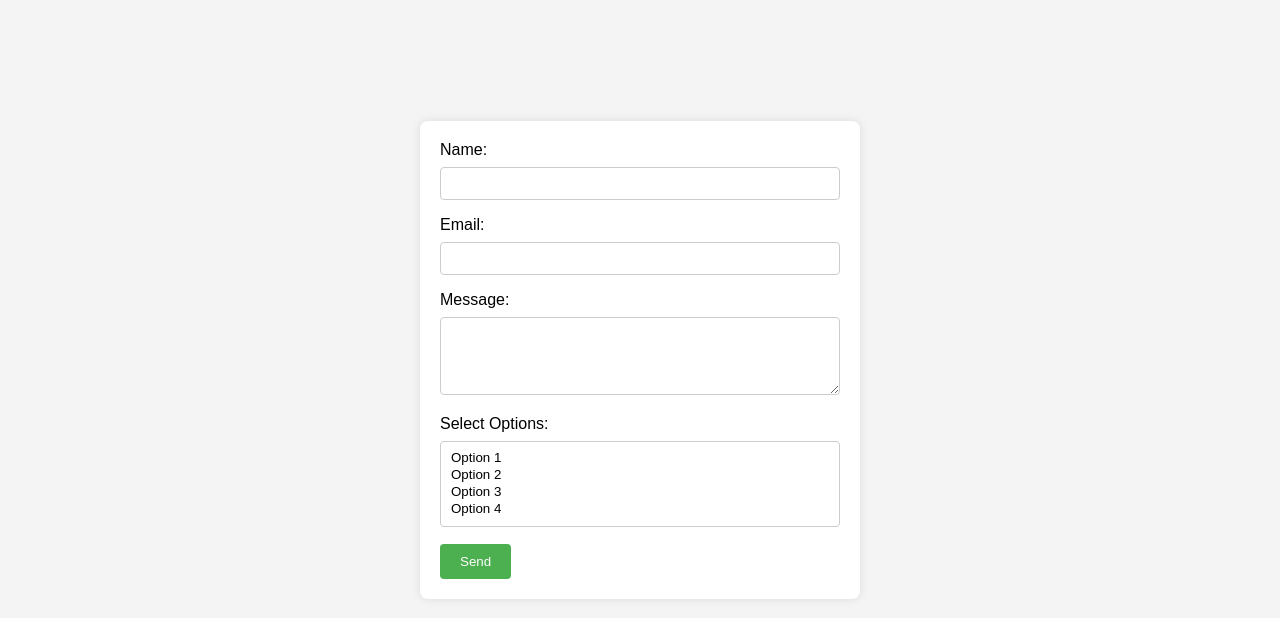
Repository: Ceasor7/Karin
Page: test.html
An editor plug-in stored every save of this project. The page is shown before and after the next save, followed by the edit.
The browser window is 1280 px wide. The pictures show the whole page.

Above is the page before, as saved 2023-12-16 01:06:24.

After the next save:
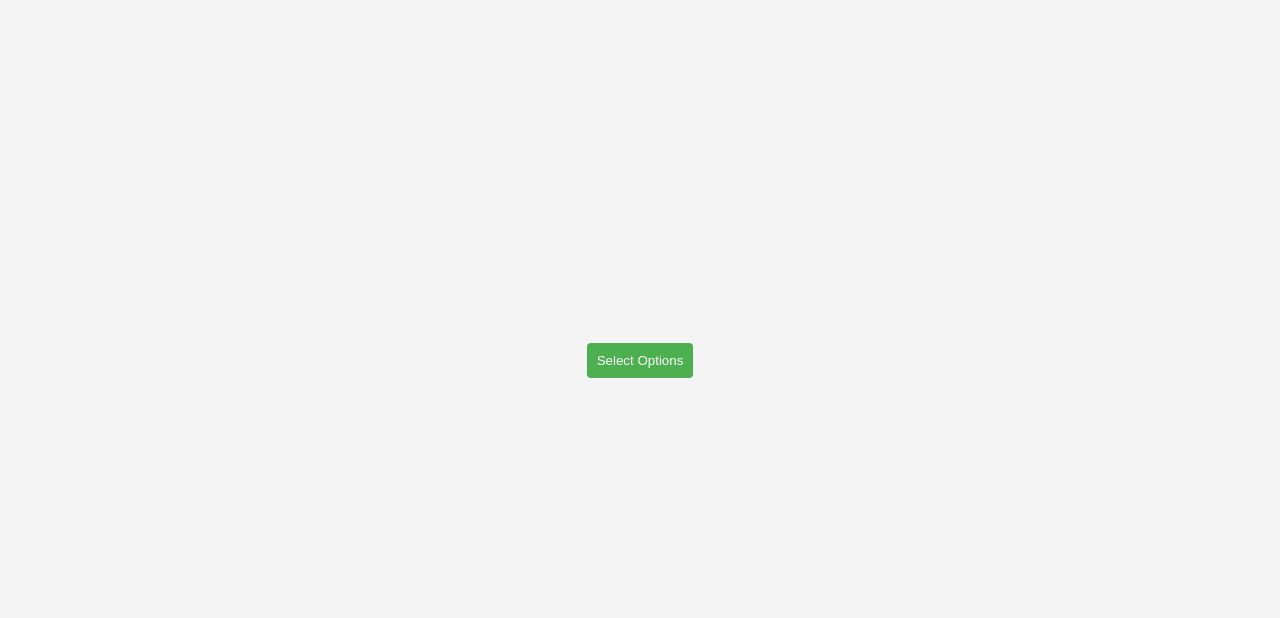
Saved 5 s later.
--- a/test.html
+++ b/test.html
@@ -4,7 +4,7 @@
 <head>
     <meta charset="UTF-8">
     <meta name="viewport" content="width=device-width, initial-scale=1.0">
-    <title>Contact Form</title>
+    <title>Multi-Select Dropdown</title>
     <style>
         body {
             font-family: Arial, sans-serif;
@@ -17,68 +17,86 @@
             height: 100vh;
         }
 
-        form {
-            background-color: #fff;
-            padding: 20px;
-            border-radius: 8px;
-            box-shadow: 0 0 10px rgba(0, 0, 0, 0.1);
-            width: 400px;
-            max-width: 100%;
+        .dropdown-container {
+            position: relative;
+            display: inline-block;
         }
 
-        label {
-            display: block;
-            margin-bottom: 8px;
-        }
-
-        input,
-        textarea,
-        select {
-            width: 100%;
-            padding: 8px;
-            margin-bottom: 16px;
-            box-sizing: border-box;
-            border: 1px solid #ccc;
-            border-radius: 4px;
-        }
-
-        button {
+        .dropdown-button {
+            padding: 10px;
             background-color: #4caf50;
             color: #fff;
-            padding: 10px 20px;
             border: none;
             border-radius: 4px;
             cursor: pointer;
         }
 
-        button:hover {
-            background-color: #45a049;
+        .dropdown-content {
+            display: none;
+            position: absolute;
+            background-color: #fff;
+            box-shadow: 0 2px 4px rgba(0, 0, 0, 0.1);
+            border-radius: 4px;
+            overflow: hidden;
+            z-index: 1;
+        }
+
+        .dropdown-checkbox {
+            display: block;
+            padding: 8px;
+        }
+
+        .dropdown-checkbox label {
+            display: block;
+            margin-bottom: 8px;
+        }
+
+        .dropdown-content.show {
+            display: block;
         }
     </style>
 </head>
 
 <body>
 
-    <form action="#" method="post">
-        <label for="name">Name:</label>
-        <input type="text" id="name" name="name" required>
+    <div class="dropdown-container">
+        <button class="dropdown-button" onclick="toggleDropdown()">Select Options</button>
+        <div class="dropdown-content" id="dropdownContent">
+            <div class="dropdown-checkbox">
+                <input type="checkbox" id="option1" name="options[]" value="option1">
+                <label for="option1">Option 1</label>
+            </div>
+            <div class="dropdown-checkbox">
+                <input type="checkbox" id="option2" name="options[]" value="option2">
+                <label for="option2">Option 2</label>
+            </div>
+            <div class="dropdown-checkbox">
+                <input type="checkbox" id="option3" name="options[]" value="option3">
+                <label for="option3">Option 3</label>
+            </div>
+            <!-- Add more options as needed -->
+        </div>
+    </div>
 
-        <label for="email">Email:</label>
-        <input type="email" id="email" name="email" required>
+    <script>
+        function toggleDropdown() {
+            var dropdownContent = document.getElementById("dropdownContent");
+            dropdownContent.classList.toggle("show");
+        }
 
-        <label for="message">Message:</label>
-        <textarea id="message" name="message" rows="4" required></textarea>
-
-        <label for="options">Select Options:</label>
-        <select id="options" name="options[]" multiple="multiple" required>
-            <option value="option1" class="select-option">Option 1</option>
-            <option value="option2" class="select-option">Option 2</option>
-            <option value="option3" class="select-option">Option 3</option>
-            <option value="option4" class="select-option">Option 4</option>
-        </select>
-
-        <button type="submit">Send</button>
-    </form>
+        // Close the dropdown if the user clicks outside of it
+        window.onclick = function (event) {
+            if (!event.target.matches('.dropdown-button')) {
+                var dropdowns = document.getElementsByClassName("dropdown-content");
+                for (var i = 0; i < dropdowns.length; i++) {
+                    var openDropdown = dropdowns[i];
+                    if (openDropdown.classList.contains('show')) {
+                        openDropdown.classList.remove('show');
+                    }
+                }
+            }
+        }
+    </script>
 
 </body>
 
